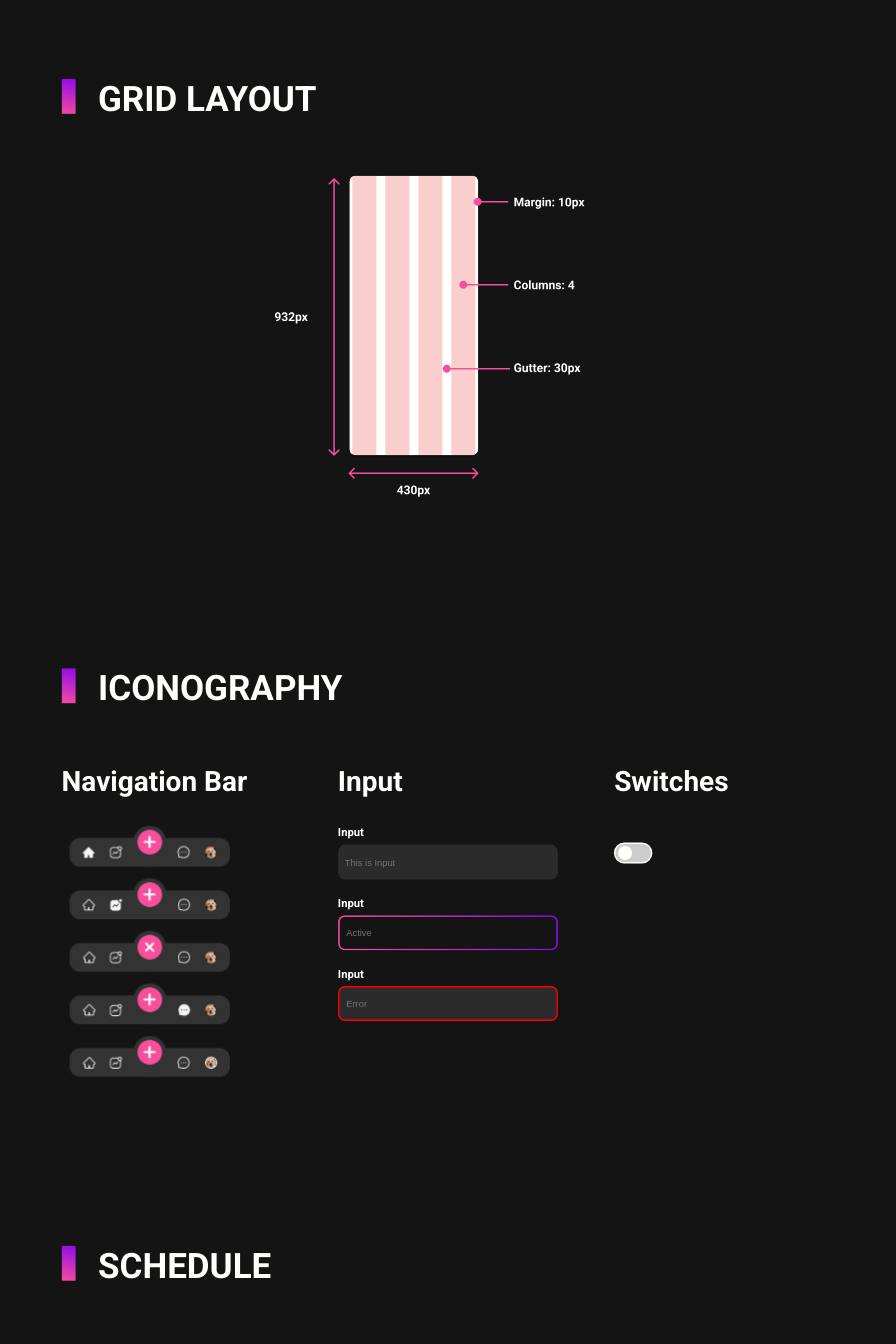
Repository: MonicaNguyenH/artflow_frontend_vanJS
Page: index.html
The author's editor kept a copy of each file at every save. The page is drawn from the files as they stood at one save, then again after the next save.
The browser window is 1280 px wide. The pictures show the part of the page from y = 3232 to 5152 px (the page is 5832 px tall before and 5128 px after), at 70% of full size.
Some web fonts or font styles are not loaded; a fallback is used.

Above is the page before, as saved 2024-05-07 10:39:10.

After the next save:
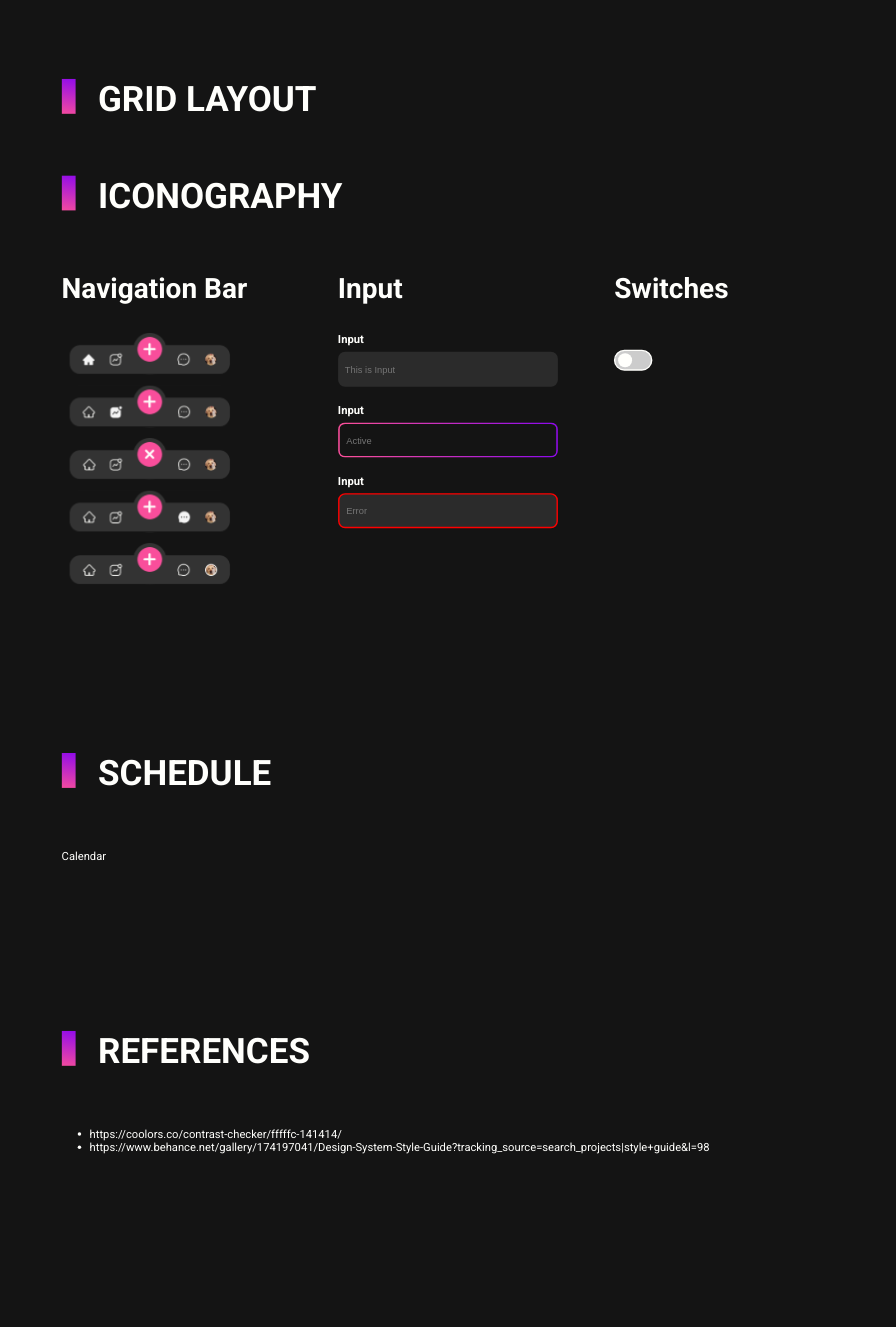
Saved 85 s later.
--- a/index.html
+++ b/index.html
@@ -144,14 +144,12 @@
             </div>
         </section>
 
-        <section id="grid">
+        <section id="gridJs">
             <div class="subhead">
                 <div class="subMark"></div>
                 <p class="subCaption">Grid Layout</p>
             </div>
-            <div class="grid-img">
-                <img src="img/grid.svg" alt="grid"/>
-            </div>
+
         </section>
 
         <section id="iconography">
